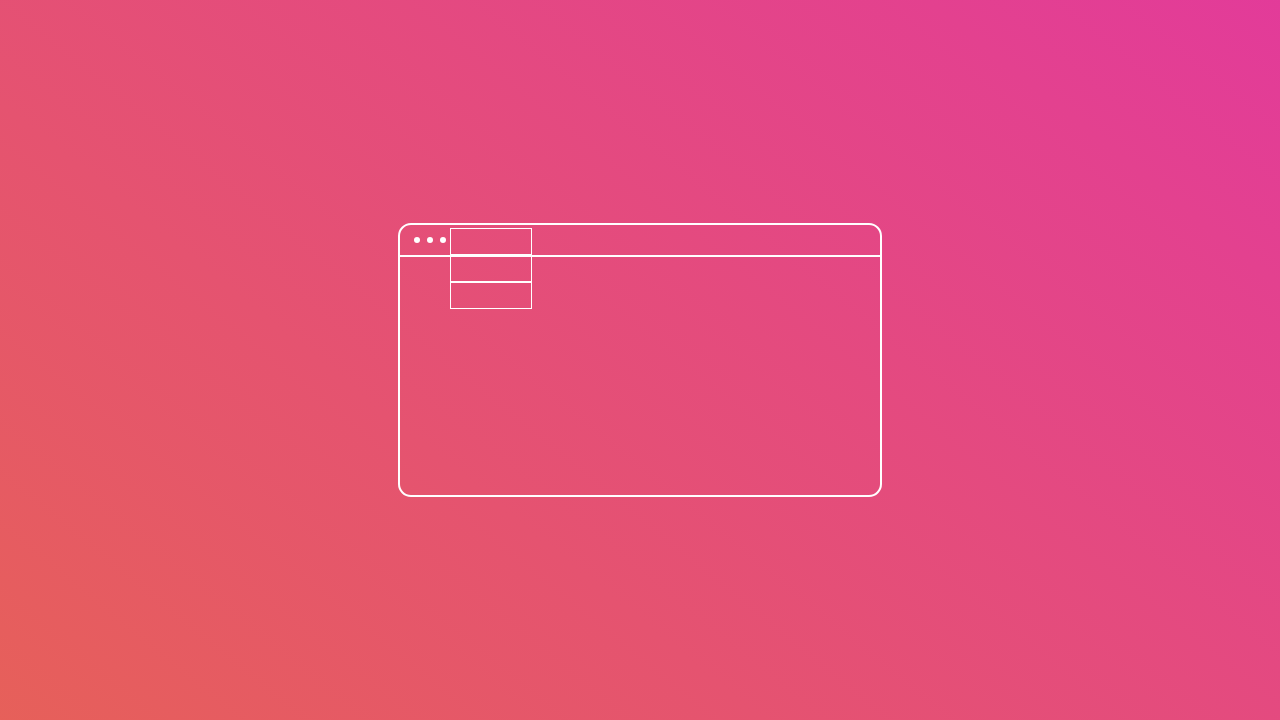
Repository: wrzonki/3d-css
Page: index.html
These files come from the project's save history. The page is drawn as it stood at one moment and after the next save; the edit follows.
The browser window is 1280 px wide. The pictures show the whole page.
The style sheet was rebuilt from its Sass, Less or Tailwind sources for each picture, by a compiler version that may differ from the author's.

Above is the page before, as saved 2019-11-25 21:17:22.

After the next save:
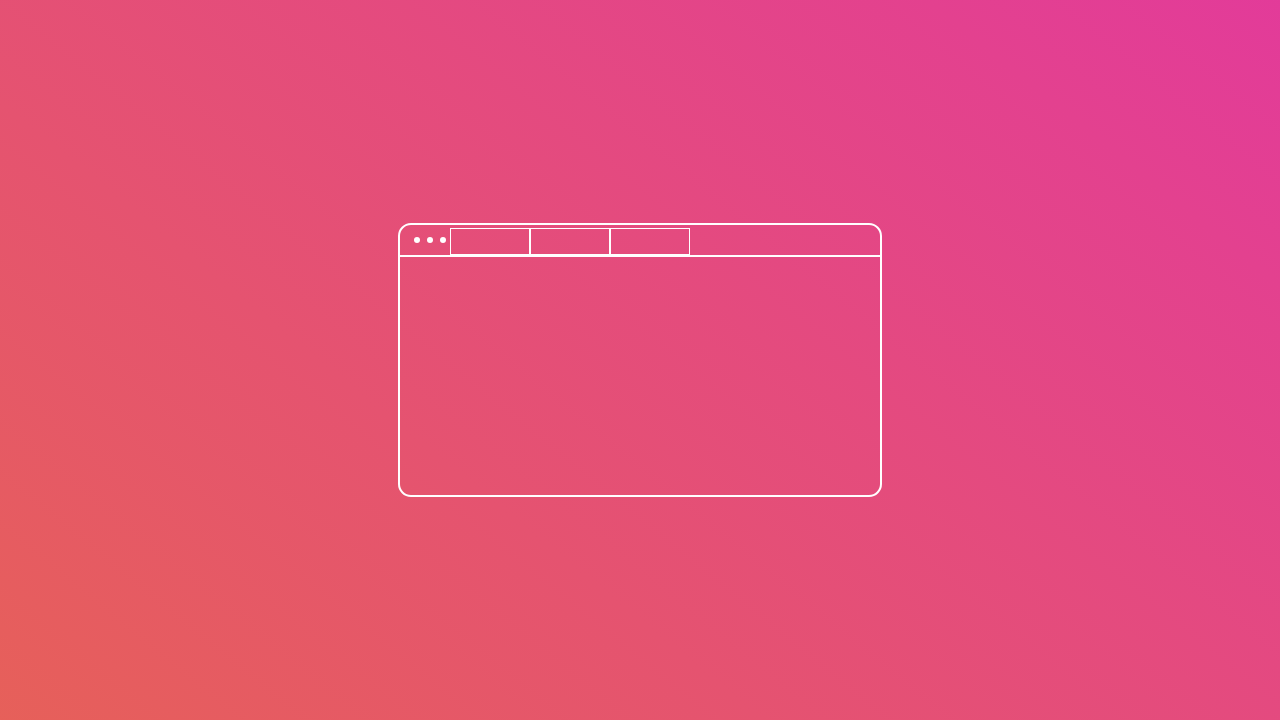
Saved 22 s later.
--- a/index.scss
+++ b/index.scss
@@ -68,6 +68,9 @@ body {
         .tabs {
             width: 80px * 3;
             height: 25px;
+            display: flex;
+            justify-content: flex-start;
+            align-items: baseline;
         }
         .tab {
             width: 80px;
